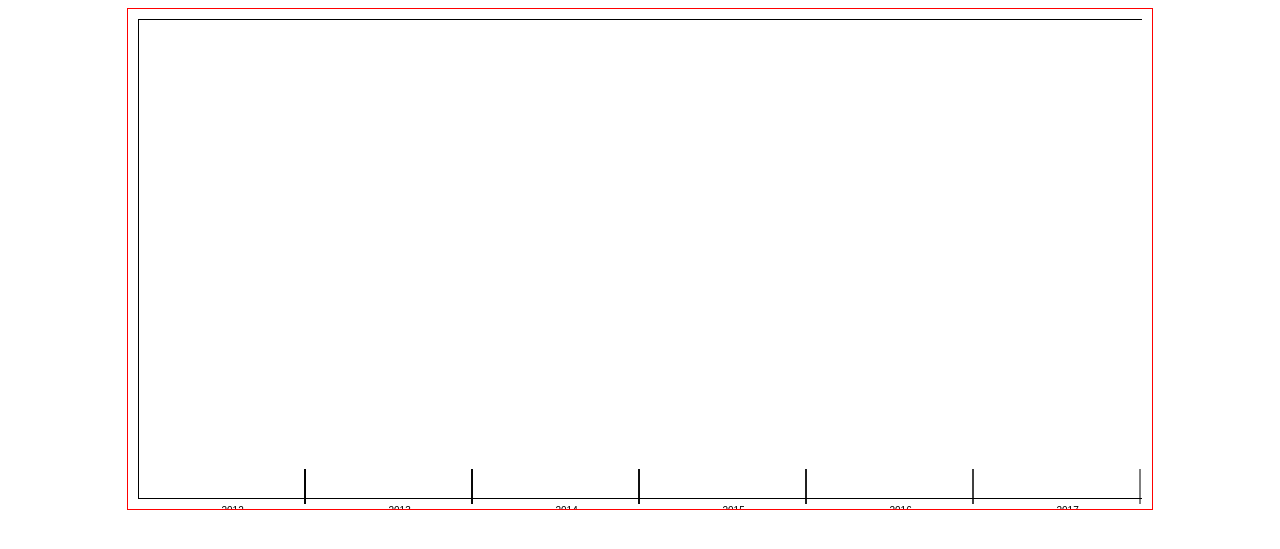
Repository: cw19931024/Demo
Page: canvas.html
An editor plug-in stored every save of this project. The page is shown before and after the next save, followed by the edit.
The browser window is 1280 px wide. The pictures show the whole page.

Above is the page before, as saved 2017-07-27 14:02:47.

### canvas.html
<!DOCTYPE html>
<html lang="en">

<head>
    <title></title>
    <meta charset="UTF-8">
    <meta name="viewport" context="width=device-width, initial-scale=1">
    <style>
        canvas {
            margin: 0 auto;
            border: 1px solid red;
            width: 1024px;
            height: 500px;
        }

        .tac {
            text-align: center;
        }
    </style>
</head>

<body>
    <div class="tac">
        <canvas id="canvas" width="1024" height="500"></canvas>
    </div>
</body>
<script>
    var data = [
            {xAxis:'2012',value:2141},
            {xAxis:'2013',value:1499},
            {xAxis:'2014',value:3260},
            {xAxis:'2015',value:1170},
            {xAxis:'2016',value:970},
            {xAxis:'2017',value:2350}
        ]
    var canvas = document.getElementById('canvas');
    var context = canvas.getContext('2d');
    var width = canvas.width;
    var height = canvas.height;
    var padding = 10;
    var yNumber = 5;                                                // y轴的段数
    var yLength = Math.floor((height - padding * 2) / yNumber);     // y轴每段的真实长度
    var xLength = Math.floor((width - padding * 2) / data.length);  // x轴每段的真实长度

    context.beginPath();
    Edit('moveTo',[padding + 0.5, height - padding - 0.5]);
    Edit('lineTo',[padding + 0.5,padding + 0.5]);
    Edit('moveTo',[padding,height-padding-0.5]);
    Edit('lineTo',[width-padding-0.5,height-padding-0.5]);
    Edit('moveTo',[padding,padding + 0.5]);
    Edit('lineTo',[width - padding - 0.5,padding + 0.5]);
    context.stroke();

    for(var i=0;i<data.length;i++){
        var xAxis = data[i].xAxis;
        var xlen = xLength * (i + 1);
        context.moveTo(padding + xlen, height - padding-30);
        context.lineTo(padding + xlen, height - padding + 5);
        context.stroke();                                       // 画轴线上的刻度
        context.fillText(xAxis, padding + xlen - xLength / 2, height - padding + 15);   // 填充文字
    }

    function Edit(type,data){
       if(data.length==2){
           return context[type](data[0],data[1])
       }else{
           return context[type](data[0],data[1],data[2],data[3],data[4],data[5])
       }
    }


</script>

</html>

After the next save:
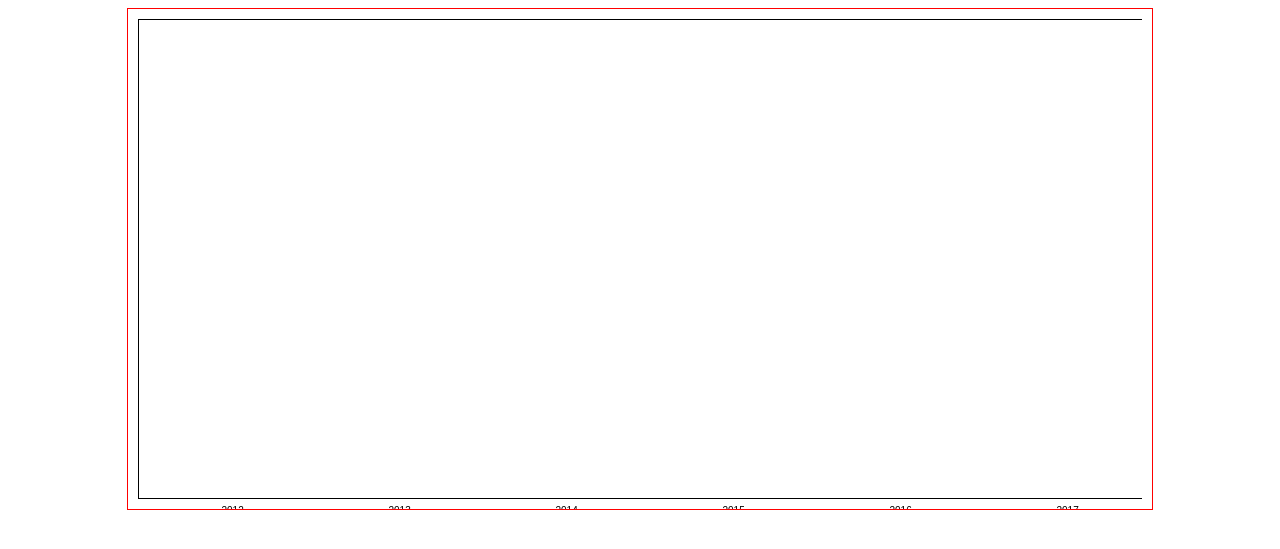
Saved 12 s later.
--- a/canvas.html
+++ b/canvas.html
@@ -55,7 +55,7 @@
         var xAxis = data[i].xAxis;
         var xlen = xLength * (i + 1);
         context.moveTo(padding + xlen, height - padding-30);
-        context.lineTo(padding + xlen, height - padding + 5);
+        context.lineTo(padding + xlen, height - padding-30);
         context.stroke();                                       // 画轴线上的刻度
         context.fillText(xAxis, padding + xlen - xLength / 2, height - padding + 15);   // 填充文字
     }
